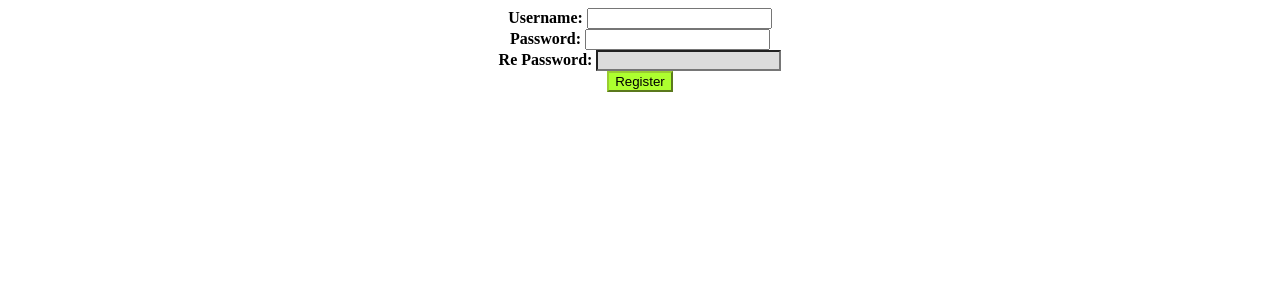
Repository: Pr-DuyTam/HTML-CSS-JS-PHP
Page: Javascript/Lập trình hướng đối tượng trong JS/Kiểm tra thông tin form đăng nhập(52).html
An editor plug-in stored every save of this project. The page is shown before and after a run of saves, followed by the edit.
The browser window is 1280 px wide. The pictures show the whole page.

Above is the page before, as saved 2023-08-23 10:33:11.

After the next 2 saves:
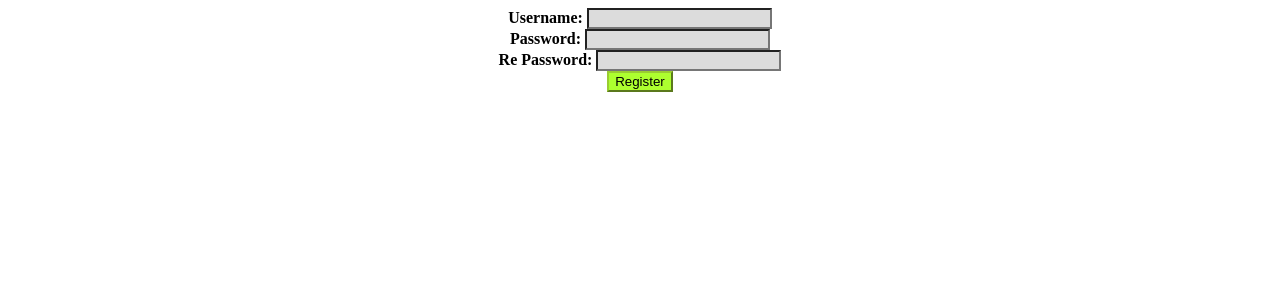
The 2 saves are shown as one change because they came seconds apart.
The last was saved 49 s later.
--- a/Javascript/Lập trình hướng đối tượng trong JS/Kiểm tra thông tin form đăng nhập(52).html
+++ b/Javascript/Lập trình hướng đối tượng trong JS/Kiểm tra thông tin form đăng nhập(52).html
@@ -36,10 +36,10 @@
 <body>
     <form action="" method="post" align="center">
         <b>Username:</b>
-        <input type="text" name="username" id="username" value=""/> <br/>
+        <input type="text" name="username" id="username" value="" style="background: gainsboro;"/> <br/>
 
         <b>Password:</b>
-        <input type="text" name="password" id="password" value=""/> <br/>
+        <input type="text" name="password" id="password" value="" style="background: gainsboro;" /> <br/>
 
         <b>Re Password:</b>
         <input type="text" value="" name="re-password" id="re-password" style="background: gainsboro;"/> <br/>
